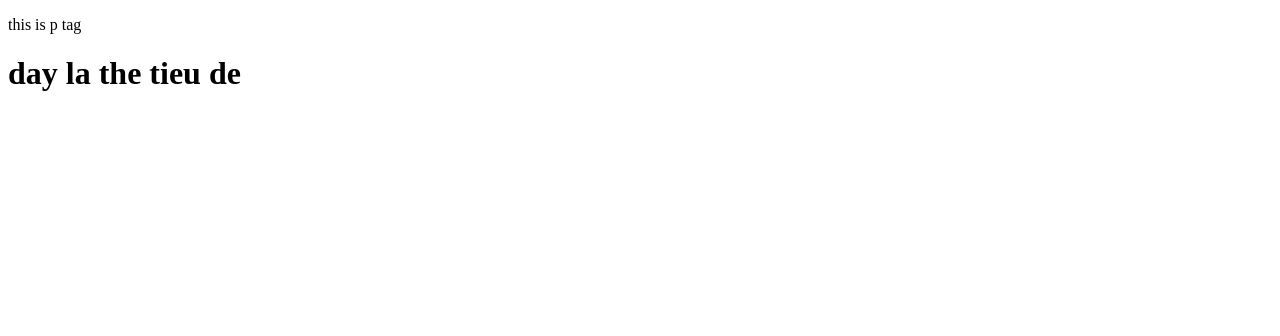
Repository: quocanh1010/quocanh1010.github.io
Page: Front End bai 1 2/index.html
An editor plug-in stored every save of this project. The page is shown before and after the next save, followed by the edit.
The browser window is 1280 px wide. The pictures show the whole page.

Above is the page before, as saved 2021-04-16 18:58:48.

### Front End bai 1 2/index.html
<!DOCTYPE html>
<html lang="en">

<head>
    <meta charset="UTF-8">
    <meta http-equiv="X-UA-Compatible" content="IE=edge">
    <meta name="viewport" content="width=device-width, initial-scale=1.0">
    <title>Techmaster</title>
</head>

<body>

    <p>this is p tag</p>
    <h1>day la the tieu de</h1>
</body>

</html>

After the next save:
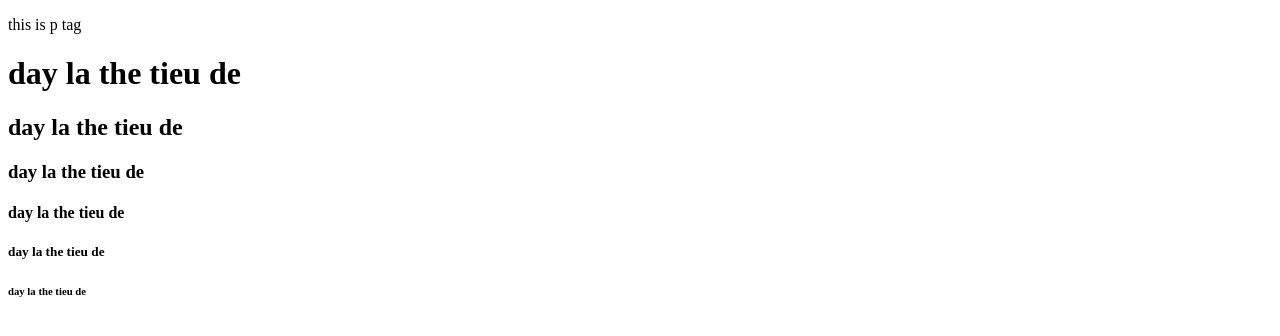
Saved 112 s later.
--- a/Front End bai 1 2/index.html
+++ b/Front End bai 1 2/index.html
@@ -12,6 +12,11 @@
 
     <p>this is p tag</p>
     <h1>day la the tieu de</h1>
+    <h2>day la the tieu de</h2>
+    <h3>day la the tieu de</h3>
+    <h4>day la the tieu de</h4>
+    <h5>day la the tieu de</h5>
+    <h6>day la the tieu de</h6>
 </body>
 
 </html>
